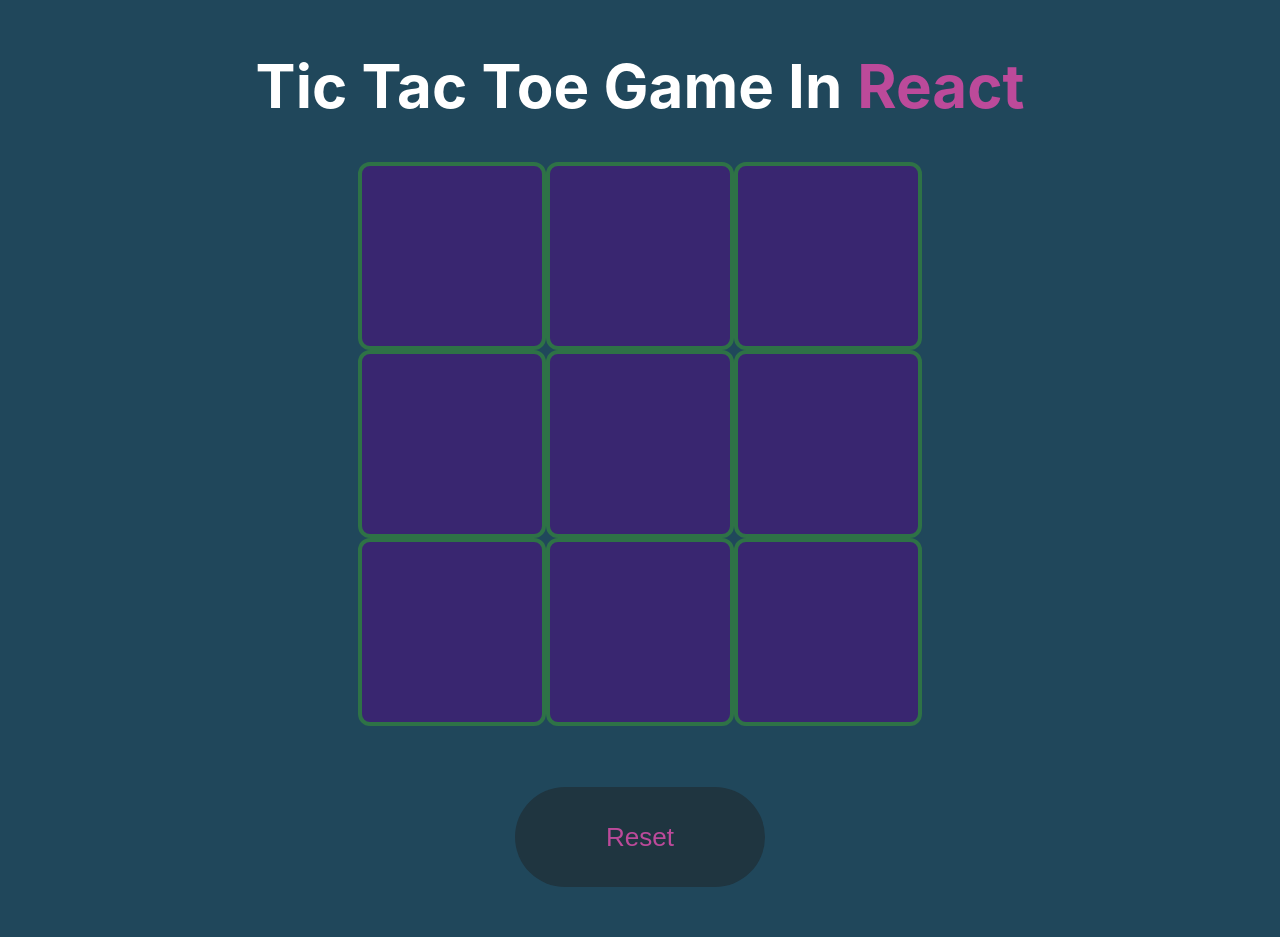
Repository: GigaByte6610/TicTacToe
Page: /
These files come from the project's save history. The page is drawn as it stood at one moment and after the next save; the edit follows.
The browser window is 1280 px wide. The pictures show the whole page.
The project was rebuilt for these pictures with package versions that can differ from the ones it lists, and the page was loaded fresh each time. Also part of the build but not shown: src/App.css.

Above is the page before, as saved 2025-02-01 07:18:13.

After the next save:
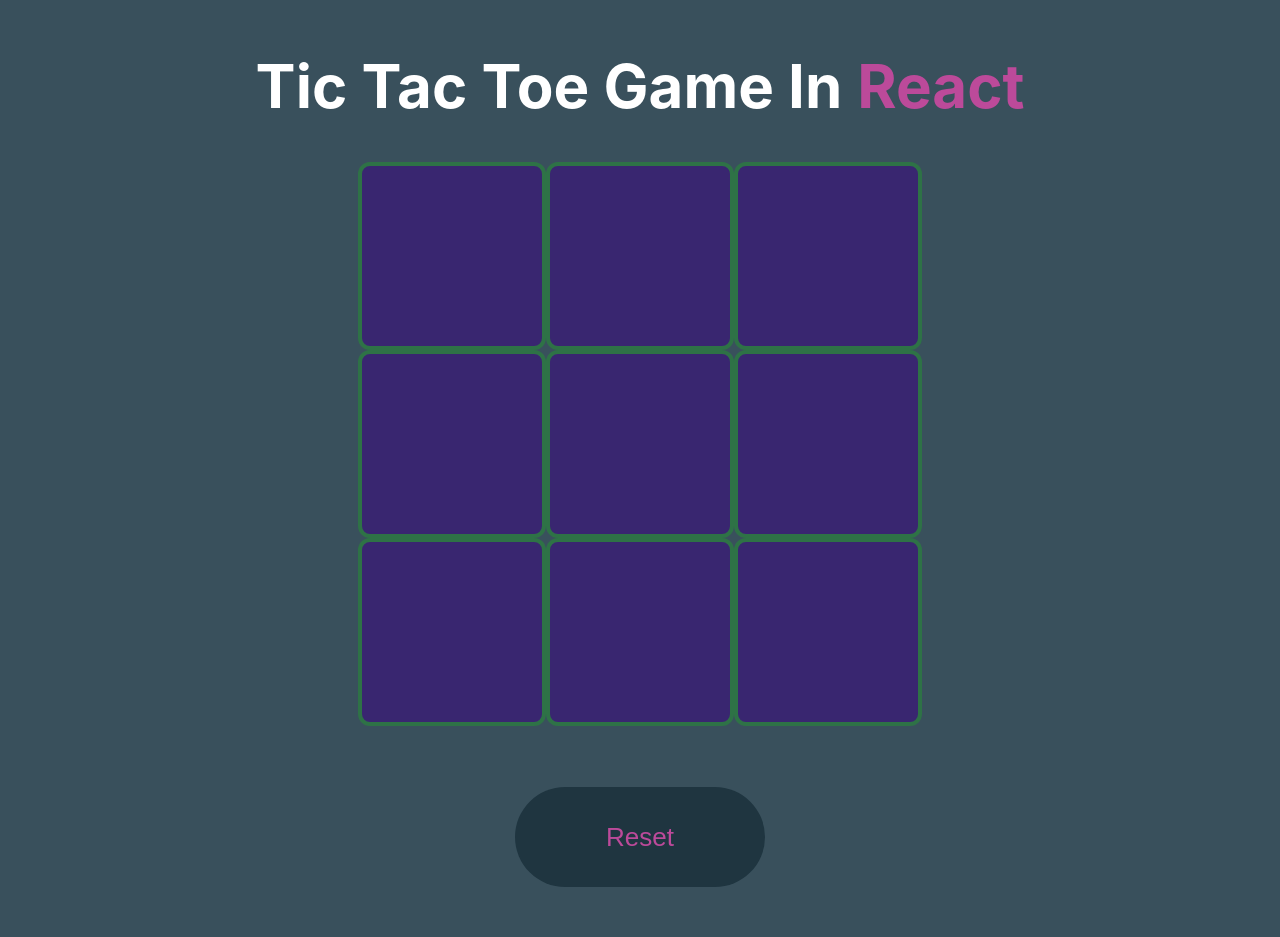
Saved 18 s later.
--- a/src/index.css
+++ b/src/index.css
@@ -3,7 +3,7 @@
     font-family: -apple-system, BlinkMacSystemFont, 'Segoe UI', 'Roboto', 'Oxygen', 'Ubuntu', 'Cantarell', 'Fira Sans', 'Droid Sans', 'Helvetica Neue', sans-serif;
     -webkit-font-smoothing: antialiased;
     -moz-osx-font-smoothing: grayscale;
-    background: #20475b;
+    background: #39505c;
 }
 
 code {
